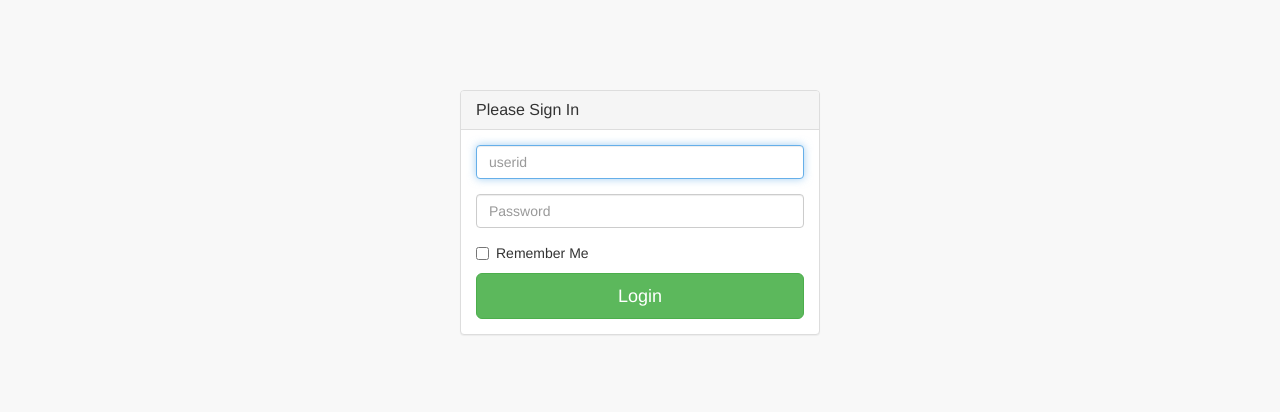
Repository: BHKyung3/Spring-Framework
Page: ex06/src/main/webapp/resources/pages/login.html
An editor plug-in stored every save of this project. The page is shown before and after the next save, followed by the edit.
The browser window is 1280 px wide. The pictures show the whole page.

Above is the page before, as saved 2025-05-30 02:55:11.

### ex06/src/main/webapp/resources/pages/login.html
<!DOCTYPE html>
<html lang="en">

<head>

    <meta charset="utf-8">
    <meta http-equiv="X-UA-Compatible" content="IE=edge">
    <meta name="viewport" content="width=device-width, initial-scale=1">
    <meta name="description" content="">
    <meta name="author" content="">

    <title>SB Admin 2 - Bootstrap Admin Theme</title>

    <!-- Bootstrap Core CSS -->
    <link href="/resources/vendor/bootstrap/css/bootstrap.min.css" rel="stylesheet">

    <!-- MetisMenu CSS -->
    <link href="/resources/vendor/metisMenu/metisMenu.min.css" rel="stylesheet">

    <!-- Custom CSS -->
    <link href="/resources/dist/css/sb-admin-2.css" rel="stylesheet">

    <!-- Custom Fonts -->
    <link href="/resources/vendor/font-awesome/css/font-awesome.min.css" rel="stylesheet" type="text/css">

    <!-- HTML5 Shim and Respond.js IE8 support of HTML5 elements and media queries -->
    <!-- WARNING: Respond.js doesn't work if you view the page via file:// -->
    <!--[if lt IE 9]>
        <script src="https://oss.maxcdn.com/libs/html5shiv/3.7.0/html5shiv.js"></script>
        <script src="https://oss.maxcdn.com/libs/respond.js/1.4.2/respond.min.js"></script>
    <![endif]-->

</head>

<body>

    <div class="container">
        <div class="row">
            <div class="col-md-4 col-md-offset-4">
                <div class="login-panel panel panel-default">
                    <div class="panel-heading">
                        <h3 class="panel-title">Please Sign In</h3>
                    </div>
                    <div class="panel-body">
                        <form role="form" method="post" action="/login">
                            <fieldset>
                                <div class="form-group">
                                    <input class="form-control" placeholder="userid" name="username" type="text" autofocus>
                                </div>
                                <div class="form-group">
                                    <input class="form-control" placeholder="Password" name="password" type="password" value="">
                                </div>
                                <div class="checkbox">
                                    <label>
                                        <input name="remember" type="checkbox" value="Remember Me">Remember Me
                                    </label>
                                </div>
                                <!-- Change this to a button or input when using this as a form -->
                                <a href="index.html" class="btn btn-lg btn-success btn-block">Login</a>
                            </fieldset>
                            <!-- 보안 강화를 위해 반드시 기재 해야함 미기재 시 로그인 불가(접근 불가) post 요청 시 매번 넣어야함 꼭 -->
	    					<input type='hidden' name="${_csrf.parameterName}" value="${_csrf.token}">
                        </form>
                    </div>
                </div>
            </div>
        </div>
    </div>

    <!-- jQuery -->
    <script src="/resources/vendor/jquery/jquery.min.js"></script>

    <!-- Bootstrap Core JavaScript -->
    <script src="/resources/vendor/bootstrap/js/bootstrap.min.js"></script>

    <!-- Metis Menu Plugin JavaScript -->
    <script src="/resources/vendor/metisMenu/metisMenu.min.js"></script>

    <!-- Custom Theme JavaScript -->
    <script src="/resources/dist/js/sb-admin-2.js"></script>

</body>

</html>

### ex06/src/main/webapp/resources/dist/css/sb-admin-2.css
/*!
 * Start Bootstrap - SB Admin 2 v3.3.7+1 (http://startbootstrap.com/template-overviews/sb-admin-2)
 * Copyright 2013-2016 Start Bootstrap
 * Licensed under MIT (https://github.com/BlackrockDigital/startbootstrap/blob/gh-pages/LICENSE)
 */
body {
  background-color: #f8f8f8;
}
#wrapper {
  width: 100%;
}
#page-wrapper {
  padding: 0 15px;
  min-height: 568px;
  background-color: white;
}
@media (min-width: 768px) {
  #page-wrapper {
    position: inherit;
    margin: 0 0 0 250px;
    padding: 0 30px;
    border-left: 1px solid #e7e7e7;
  }
}
.navbar-top-links {
  margin-right: 0;
}
.navbar-top-links li {
  display: inline-block;
}
.navbar-top-links li:last-child {
  margin-right: 15px;
}
.navbar-top-links li a {
  padding: 15px;
  min-height: 50px;
}
.navbar-top-links .dropdown-menu li {
  display: block;
}
.navbar-top-links .dropdown-menu li:last-child {
  margin-right: 0;
}
.navbar-top-links .dropdown-menu li a {
  padding: 3px 20px;
  min-height: 0;
}
.navbar-top-links .dropdown-menu li a div {
  white-space: normal;
}
.navbar-top-links .dropdown-messages,
.navbar-top-links .dropdown-tasks,
.navbar-top-links .dropdown-alerts {
  width: 310px;
  min-width: 0;
}
.navbar-top-links .dropdown-messages {
  margin-left: 5px;
}
.navbar-top-links .dropdown-tasks {
  margin-left: -59px;
}
.navbar-top-links .dropdown-alerts {
  margin-left: -123px;
}
.navbar-top-links .dropdown-user {
  right: 0;
  left: auto;
}
.sidebar .sidebar-nav.navbar-collapse {
  padding-left: 0;
  padding-right: 0;
}
.sidebar .sidebar-search {
  padding: 15px;
}
.sidebar ul li {
  border-bottom: 1px solid #e7e7e7;
}
.sidebar ul li a.active {
  background-color: #eeeeee;
}
.sidebar .arrow {
  float: right;
}
.sidebar .fa.arrow:before {
  content: "\f104";
}
.sidebar .active > a > .fa.arrow:before {
  content: "\f107";
}
.sidebar .nav-second-level li,
.sidebar .nav-third-level li {
  border-bottom: none !important;
}
.sidebar .nav-second-level li a {
  padding-left: 37px;
}
.sidebar .nav-third-level li a {
  padding-left: 52px;
}
@media (min-width: 768px) {
  .sidebar {
    z-index: 1;
    position: absolute;
    width: 250px;
    margin-top: 51px;
  }
  .navbar-top-links .dropdown-messages,
  .navbar-top-links .dropdown-tasks,
  .navbar-top-links .dropdown-alerts {
    margin-left: auto;
  }
}
.btn-outline {
  color: inherit;
  background-color: transparent;
  transition: all .5s;
}
.btn-primary.btn-outline {
  color: #428bca;
}
.btn-success.btn-outline {
  color: #5cb85c;
}
.btn-info.btn-outline {
  color: #5bc0de;
}
.btn-warning.btn-outline {
  color: #f0ad4e;
}
.btn-danger.btn-outline {
  color: #d9534f;
}
.btn-primary.btn-outline:hover,
.btn-success.btn-outline:hover,
.btn-info.btn-outline:hover,
.btn-warning.btn-outline:hover,
.btn-danger.btn-outline:hover {
  color: white;
}
.chat {
  margin: 0;
  padding: 0;
  list-style: none;
}
.chat li {
  margin-bottom: 10px;
  padding-bottom: 5px;
  border-bottom: 1px dotted #999999;
}
.chat li.left .chat-body {
  margin-left: 60px;
}
.chat li.right .chat-body {
  margin-right: 60px;
}
.chat li .chat-body p {
  margin: 0;
}
.panel .slidedown .glyphicon,
.chat .glyphicon {
  margin-right: 5px;
}
.chat-panel .panel-body {
  height: 350px;
  overflow-y: scroll;
}
.login-panel {
  margin-top: 25%;
}
.flot-chart {
  display: block;
  height: 400px;
}
.flot-chart-content {
  width: 100%;
  height: 100%;
}
table.dataTable thead .sorting,
table.dataTable thead .sorting_asc,
table.dataTable thead .sorting_desc,
table.dataTable thead .sorting_asc_disabled,
table.dataTable thead .sorting_desc_disabled {
  background: transparent;
}
table.dataTable thead .sorting_asc:after {
  content: "\f0de";
  float: right;
  font-family: fontawesome;
}
table.dataTable thead .sorting_desc:after {
  content: "\f0dd";
  float: right;
  font-family: fontawesome;
}
table.dataTable thead .sorting:after {
  content: "\f0dc";
  float: right;
  font-family: fontawesome;
  color: rgba(50, 50, 50, 0.5);
}
.btn-circle {
  width: 30px;
  height: 30px;
  padding: 6px 0;
  border-radius: 15px;
  text-align: center;
  font-size: 12px;
  line-height: 1.428571429;
}
.btn-circle.btn-lg {
  width: 50px;
  height: 50px;
  padding: 10px 16px;
  border-radius: 25px;
  font-size: 18px;
  line-height: 1.33;
}
.btn-circle.btn-xl {
  width: 70px;
  height: 70px;
  padding: 10px 16px;
  border-radius: 35px;
  font-size: 24px;
  line-height: 1.33;
}
.show-grid [class^="col-"] {
  padding-top: 10px;
  padding-bottom: 10px;
  border: 1px solid #ddd;
  background-color: #eee !important;
}
.show-grid {
  margin: 15px 0;
}
.huge {
  font-size: 40px;
}
.panel-green {
  border-color: #5cb85c;
}
.panel-green > .panel-heading {
  border-color: #5cb85c;
  color: white;
  background-color: #5cb85c;
}
.panel-green > a {
  color: #5cb85c;
}
.panel-green > a:hover {
  color: #3d8b3d;
}
.panel-red {
  border-color: #d9534f;
}
.panel-red > .panel-heading {
  border-color: #d9534f;
  color: white;
  background-color: #d9534f;
}
.panel-red > a {
  color: #d9534f;
}
.panel-red > a:hover {
  color: #b52b27;
}
.panel-yellow {
  border-color: #f0ad4e;
}
.panel-yellow > .panel-heading {
  border-color: #f0ad4e;
  color: white;
  background-color: #f0ad4e;
}
.panel-yellow > a {
  color: #f0ad4e;
}
.panel-yellow > a:hover {
  color: #df8a13;
}
.timeline {
  position: relative;
  padding: 20px 0 20px;
  list-style: none;
}
.timeline:before {
  content: " ";
  position: absolute;
  top: 0;
  bottom: 0;
  left: 50%;
  width: 3px;
  margin-left: -1.5px;
  background-color: #eeeeee;
}
.timeline > li {
  position: relative;
  margin-bottom: 20px;
}
.timeline > li:before,
.timeline > li:after {
  content: " ";
  display: table;
}
.timeline > li:after {
  clear: both;
}
.timeline > li:before,
.timeline > li:after {
  content: " ";
  display: table;
}
.timeline > li:after {
  clear: both;
}
.timeline > li > .timeline-panel {
  float: left;
  position: relative;
  width: 46%;
  padding: 20px;
  border: 1px solid #d4d4d4;
  border-radius: 2px;
  -webkit-box-shadow: 0 1px 6px rgba(0, 0, 0, 0.175);
  box-shadow: 0 1px 6px rgba(0, 0, 0, 0.175);
}
.timeline > li > .timeline-panel:before {
  content: " ";
  display: inline-block;
  position: absolute;
  top: 26px;
  right: -15px;
  border-top: 15px solid transparent;
  border-right: 0 solid #ccc;
  border-bottom: 15px solid transparent;
  border-left: 15px solid #ccc;
}
.timeline > li > .timeline-panel:after {
  content: " ";
  display: inline-block;
  position: absolute;
  top: 27px;
  right: -14px;
  border-top: 14px solid transparent;
  border-right: 0 solid #fff;
  border-bottom: 14px solid transparent;
  border-left: 14px solid #fff;
}
.timeline > li > .timeline-badge {
  z-index: 100;
  position: absolute;
  top: 16px;
  left: 50%;
  width: 50px;
  height: 50px;
  margin-left: -25px;
  border-radius: 50% 50% 50% 50%;
  text-align: center;
  font-size: 1.4em;
  line-height: 50px;
  color: #fff;
  background-color: #999999;
}
.timeline > li.timeline-inverted > .timeline-panel {
  float: right;
}
.timeline > li.timeline-inverted > .timeline-panel:before {
  right: auto;
  left: -15px;
  border-right-width: 15px;
  border-left-width: 0;
}
.timeline > li.timeline-inverted > .timeline-panel:after {
  right: auto;
  left: -14px;
  border-right-width: 14px;
  border-left-width: 0;
}
.timeline-badge.primary {
  background-color: #2e6da4 !important;
}
.timeline-badge.success {
  background-color: #3f903f !important;
}
.timeline-badge.warning {
  background-color: #f0ad4e !important;
}
.timeline-badge.danger {
  background-color: #d9534f !important;
}
.timeline-badge.info {
  background-color: #5bc0de !important;
}
.timeline-title {
  margin-top: 0;
  color: inherit;
}
.timeline-body > p,
.timeline-body > ul {
  margin-bottom: 0;
}
.timeline-body > p + p {
  margin-top: 5px;
}
@media (max-width: 767px) {
  ul.timeline:before {
    left: 40px;
  }
  ul.timeline > li > .timeline-panel {
    width: calc(10%);
    width: -moz-calc(10%);
    width: -webkit-calc(10%);
  }
  ul.timeline > li > .timeline-badge {
    top: 16px;
    left: 15px;
    margin-left: 0;
  }
  ul.timeline > li > .timeline-panel {
    float: right;
  }
  ul.timeline > li > .timeline-panel:before {
    right: auto;
    left: -15px;
    border-right-width: 15px;
    border-left-width: 0;
  }
  ul.timeline > li > .timeline-panel:after {
    right: auto;
    left: -14px;
    border-right-width: 14px;
    border-left-width: 0;
  }
}

### ex06/src/main/webapp/resources/dist/js/sb-admin-2.js
/*!
 * Start Bootstrap - SB Admin 2 v3.3.7+1 (http://startbootstrap.com/template-overviews/sb-admin-2)
 * Copyright 2013-2016 Start Bootstrap
 * Licensed under MIT (https://github.com/BlackrockDigital/startbootstrap/blob/gh-pages/LICENSE)
 */
$(function() {
    $('#side-menu').metisMenu();
});

//Loads the correct sidebar on window load,
//collapses the sidebar on window resize.
// Sets the min-height of #page-wrapper to window size
$(function() {
    $(window).bind("load resize", function() {
        var topOffset = 50;
        var width = (this.window.innerWidth > 0) ? this.window.innerWidth : this.screen.width;
        if (width < 768) {
            $('div.navbar-collapse').addClass('collapse');
            topOffset = 100; // 2-row-menu
        } else {
            $('div.navbar-collapse').removeClass('collapse');
        }

        var height = ((this.window.innerHeight > 0) ? this.window.innerHeight : this.screen.height) - 1;
        height = height - topOffset;
        if (height < 1) height = 1;
        if (height > topOffset) {
            $("#page-wrapper").css("min-height", (height) + "px");
        }
    });

    var url = window.location;
    // var element = $('ul.nav a').filter(function() {
    //     return this.href == url;
    // }).addClass('active').parent().parent().addClass('in').parent();
    var element = $('ul.nav a').filter(function() {
        return this.href == url;
    }).addClass('active').parent();

    while (true) {
        if (element.is('li')) {
            element = element.parent().addClass('in').parent();
        } else {
            break;
        }
    }
});

Loaded but not shown: ex06/src/main/webapp/resources/vendor/bootstrap/css/bootstrap.min.css (library); ex06/src/main/webapp/resources/vendor/metisMenu/metisMenu.min.css (common file); ex06/src/main/webapp/resources/vendor/font-awesome/css/font-awesome.min.css (library); ex06/src/main/webapp/resources/vendor/jquery/jquery.min.js (library); ex06/src/main/webapp/resources/vendor/bootstrap/js/bootstrap.min.js (library); ex06/src/main/webapp/resources/vendor/metisMenu/metisMenu.min.js (common file)

After the next save:
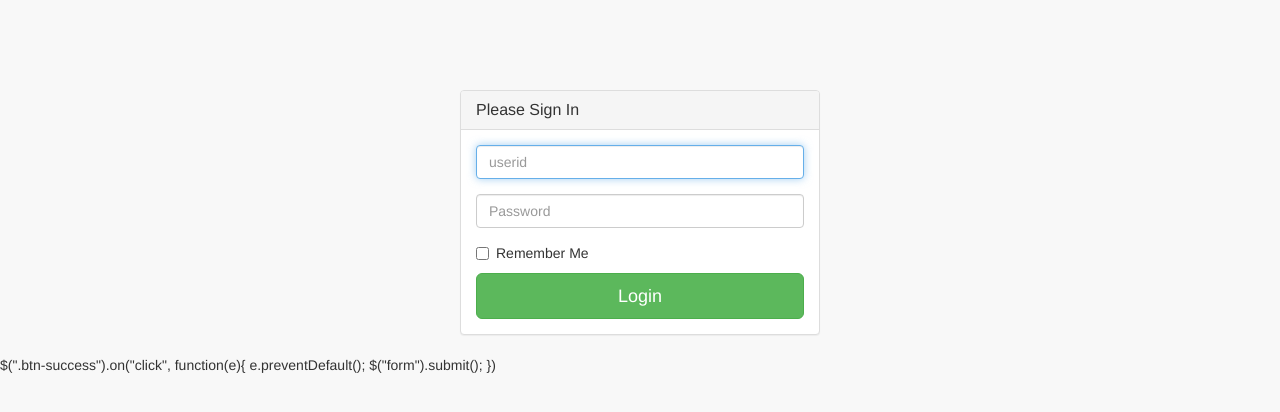
Saved 105 s later.
--- a/ex06/src/main/webapp/resources/pages/login.html
+++ b/ex06/src/main/webapp/resources/pages/login.html
@@ -79,6 +79,11 @@
     <!-- Custom Theme JavaScript -->
     <script src="/resources/dist/js/sb-admin-2.js"></script>
 
+    $(".btn-success").on("click", function(e){
+    	e.preventDefault();
+    	$("form").submit();
+    })
+
 </body>
 
 </html>

After the 3 saves that followed:
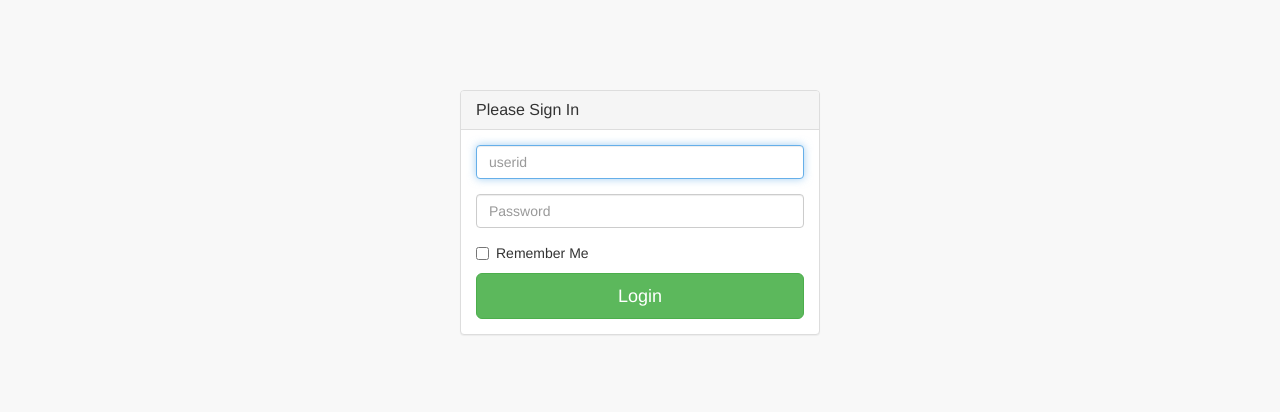
The 3 saves are shown as one change because 2 left the picture as it was.
The last was saved 86 s later.
--- a/ex06/src/main/webapp/resources/pages/login.html
+++ b/ex06/src/main/webapp/resources/pages/login.html
@@ -58,8 +58,9 @@
                                 <!-- Change this to a button or input when using this as a form -->
                                 <a href="index.html" class="btn btn-lg btn-success btn-block">Login</a>
                             </fieldset>
+
                             <!-- 보안 강화를 위해 반드시 기재 해야함 미기재 시 로그인 불가(접근 불가) post 요청 시 매번 넣어야함 꼭 -->
-	    					<input type='hidden' name="${_csrf.parameterName}" value="${_csrf.token}">
+	    					<input type='hidden' name="${_csrf.parameterName}" value="${_csrf.token}"/>
                         </form>
                     </div>
                 </div>
@@ -79,10 +80,12 @@
     <!-- Custom Theme JavaScript -->
     <script src="/resources/dist/js/sb-admin-2.js"></script>
 
-    $(".btn-success").on("click", function(e){
-    	e.preventDefault();
-    	$("form").submit();
-    })
+    <script type="text/javascript">
+	    $(".btn-success").on("click", function(e){
+	    	e.preventDefault();
+	    	$("form").submit();
+	    });
+    </script>
 
 </body>
 
